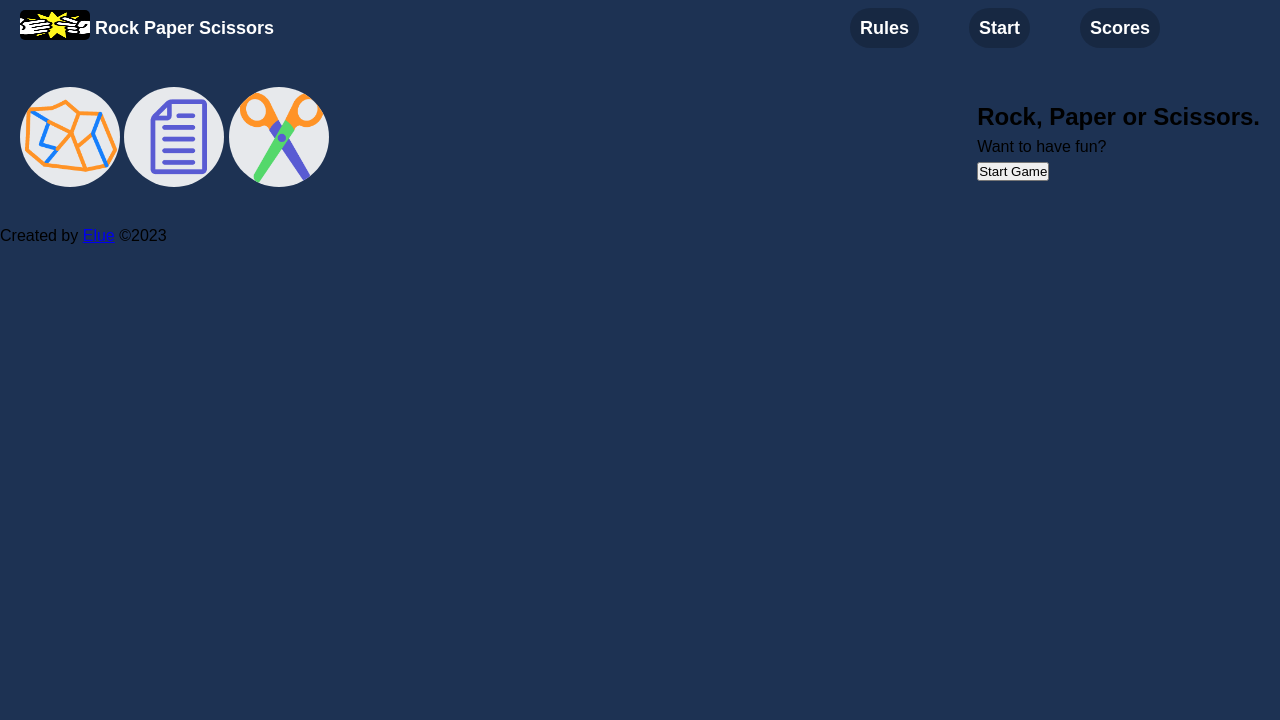
Repository: MikkyPrestige/rock-paper-scissors
Page: index.html
The author's editor kept a copy of each file at every save. The page is drawn from the files as they stood at one save, then again after the next save.
The browser window is 1280 px wide. The pictures show the whole page.

Above is the page before, as saved 2023-05-08 04:36:35.

After the next save:
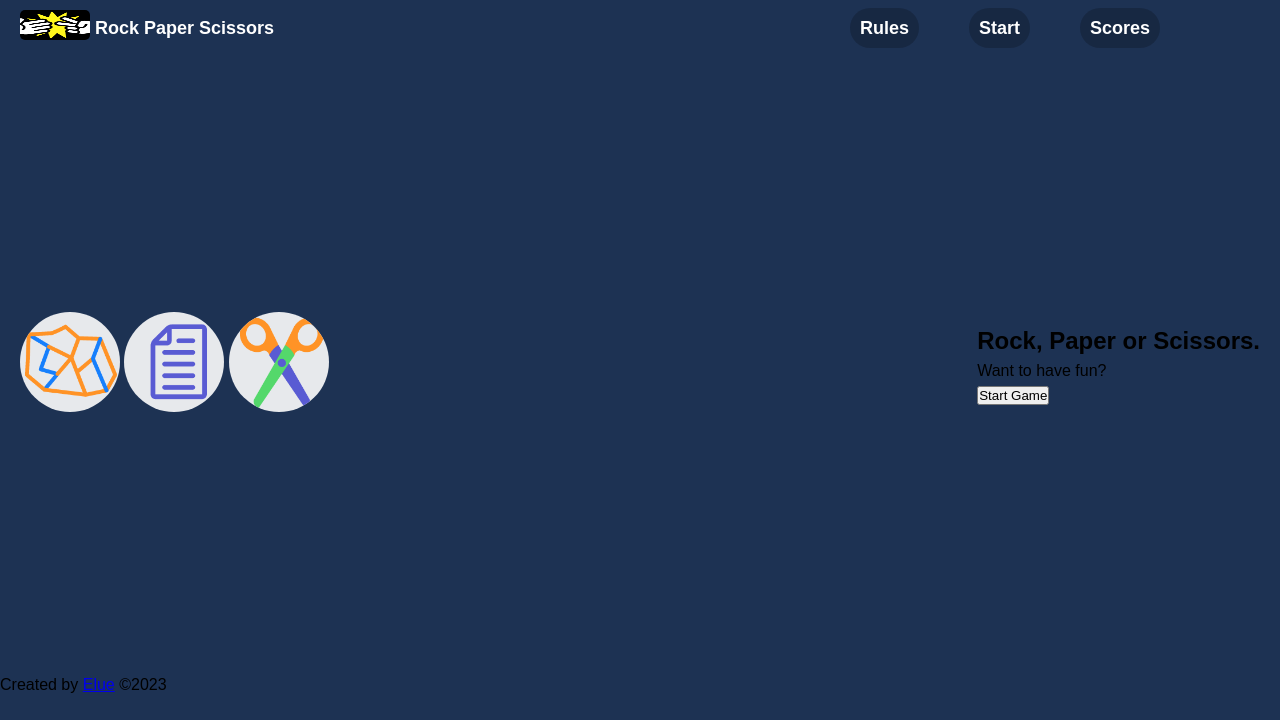
Saved 22 s later.
--- a/index.css
+++ b/index.css
@@ -95,7 +95,7 @@ li a:hover {
   align-items: center;
   padding: 1rem 2rem;
   width: 100%;
-  height: 100%;
+  height: 80vh;
 }
 
 .images {
